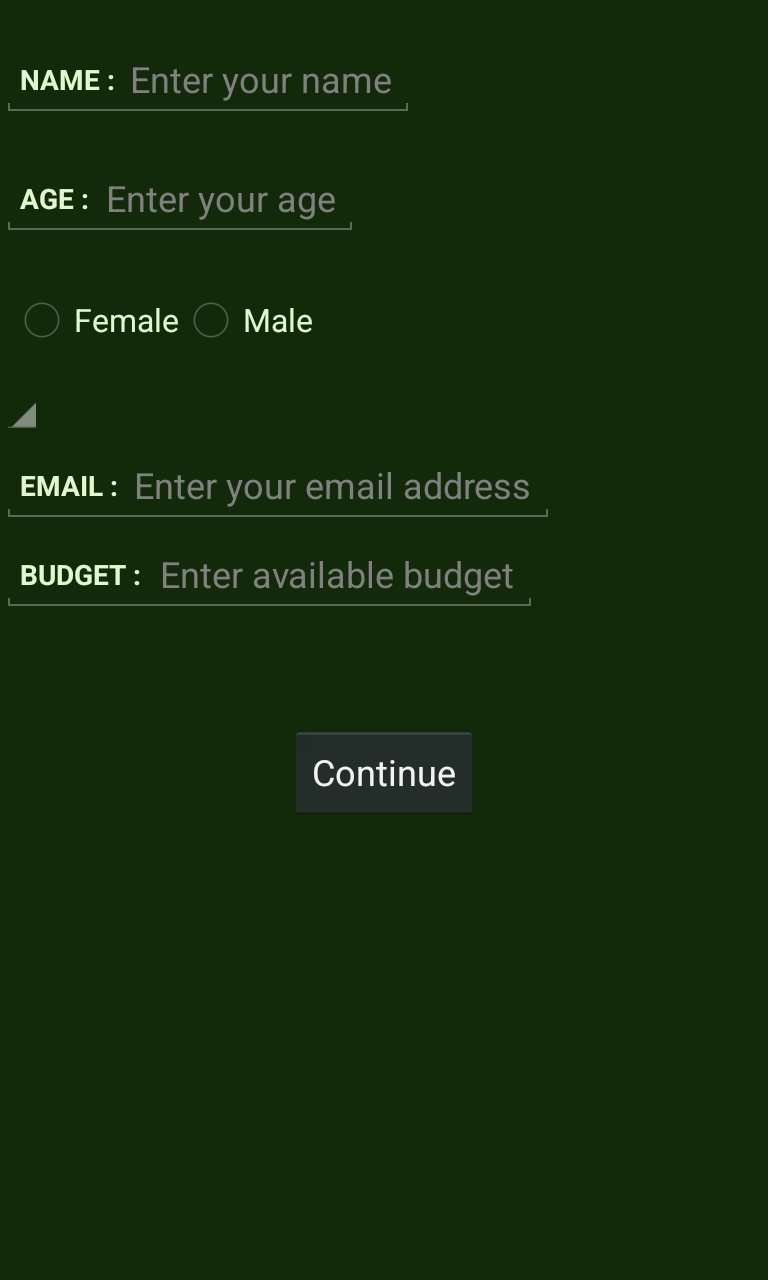
Repository: Adammdit/DT2283GUI
Layout: GunSmoke/res/layout/activity_details_form.xml
An editor plug-in stored every save of this project. The layout is shown before and after the next save, followed by the edit.
It is drawn on a 768 x 1280 px phone screen (xhdpi) without system bars, with theme android:Theme.Holo; the app's code is not run.

Above is the layout before, as saved 2014-11-08 19:45:37.

After the next save:
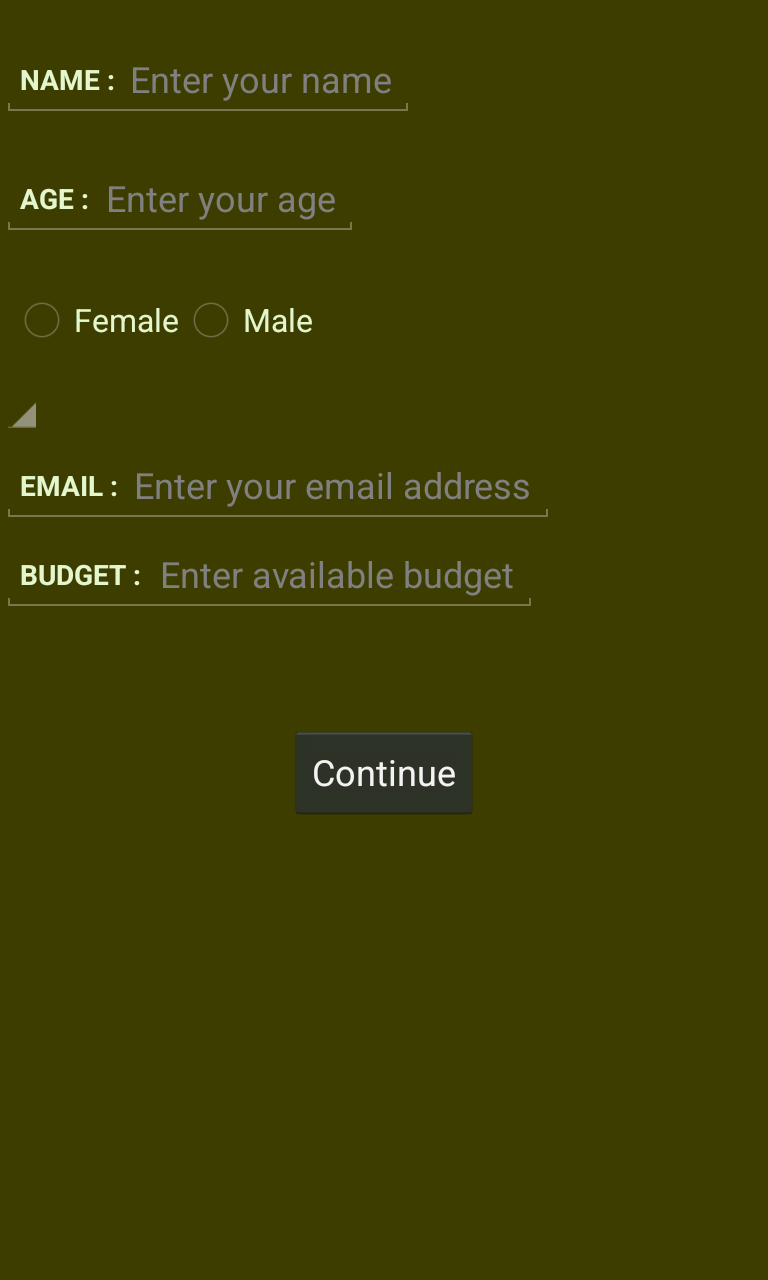
Saved 13 min 0 s later.
--- a/GunSmoke/res/layout/activity_details_form.xml
+++ b/GunSmoke/res/layout/activity_details_form.xml
@@ -1,6 +1,6 @@
 <LinearLayout xmlns:android="http://schemas.android.com/apk/res/android"
     android:layout_width="fill_parent"
-    android:background="#122A0A"
+    android:background="@color/formBackground"
     android:layout_height="fill_parent">
 
 
@@ -82,7 +82,6 @@
 
 			<Spinner
 			    android:id="@+id/jobSpinner"
-			    style="@color/name"
 			    android:layout_width="wrap_content"
 			    android:layout_height="wrap_content"
 			    android:layout_marginBottom="5dp"
--- a/GunSmoke/res/values/colors.xml
+++ b/GunSmoke/res/values/colors.xml
@@ -4,4 +4,5 @@
 	<color name="price">#E5FFCC</color>
 	<color name="name">#CC6600</color>
 	<color name="total">#0080FF</color>
+	<color name="formBackground">#3D3D00</color>
 </resources>
